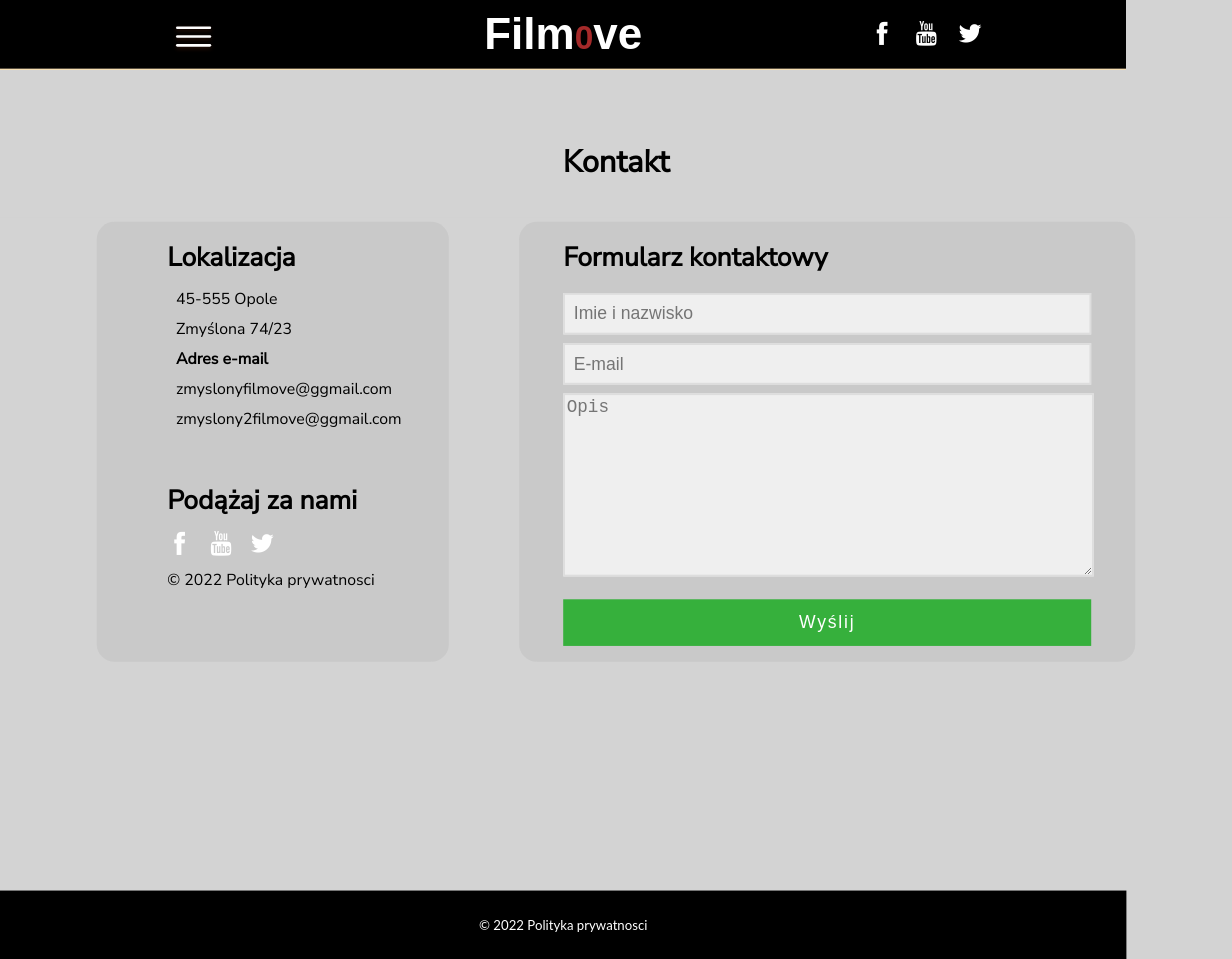
Repository: PrzemyslawJura/MovieWebsite
Page: Kontakt.html
These files come from the project's save history. The page is drawn as it stood at one moment and after the next save; the edit follows.
The browser window is 1280 px wide. The page is 1400 px wide, so the pictures cover 1400 px, including what lies to the right of the window. The pictures show the whole page, at 88% of full size.
Some web fonts or font styles are not loaded; a fallback is used.

Above is the page before, as saved 2022-04-12 15:06:27.

After the next save:
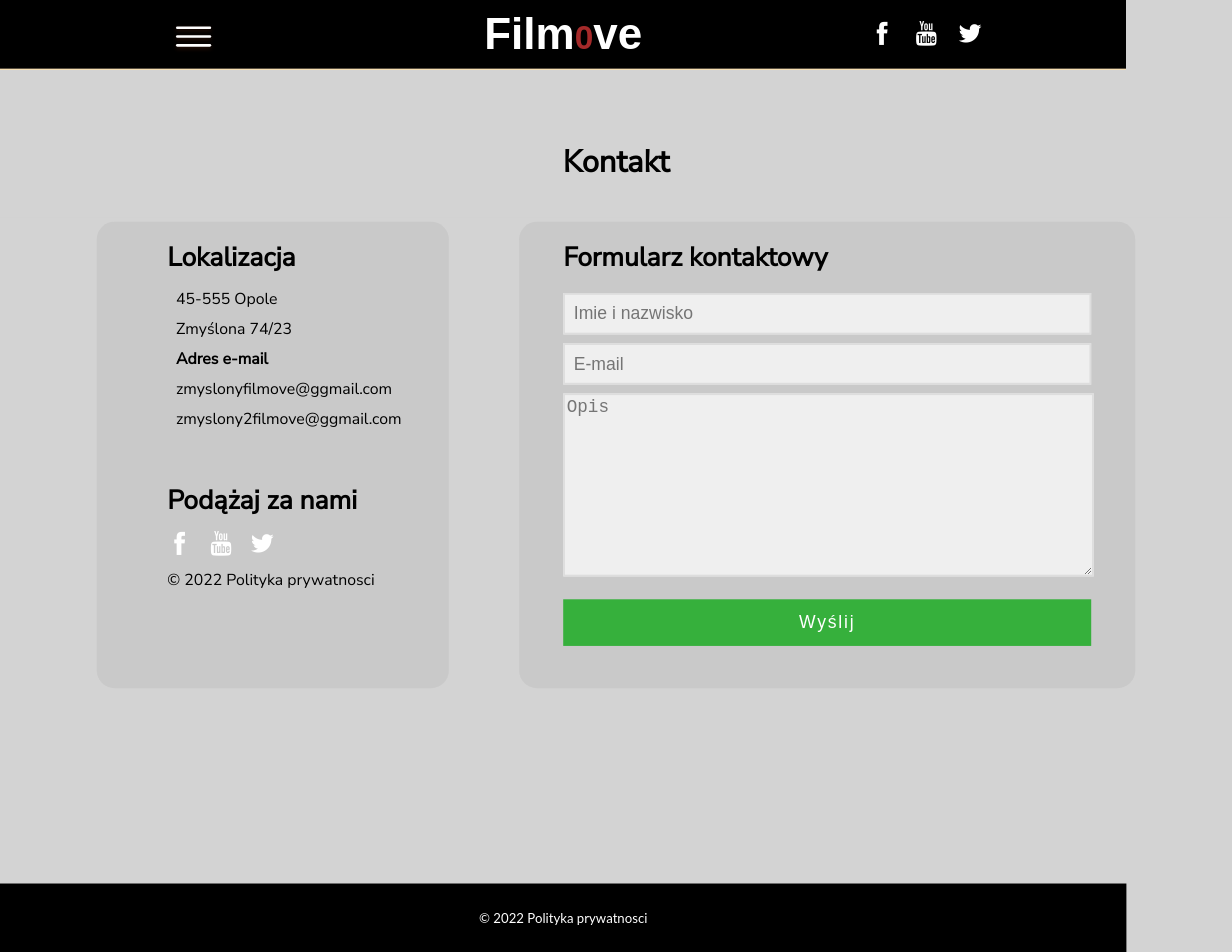
Saved 11 s later.
--- a/style.css
+++ b/style.css
@@ -842,7 +842,7 @@ td h4{
     margin-left: auto;
     display: grid;
     grid-template-columns: [first] auto [line2] 400px [line3] 80px [col4-start] 700px [five] auto [end];
-    grid-template-rows: [row1] 5px [row2] 500px [row3] 220px [last-line];
+    grid-template-rows: [row1] 5px [row2] 530px [row3] 182px [last-line];
 }
 #kon1{
     grid-column-start: 2;
